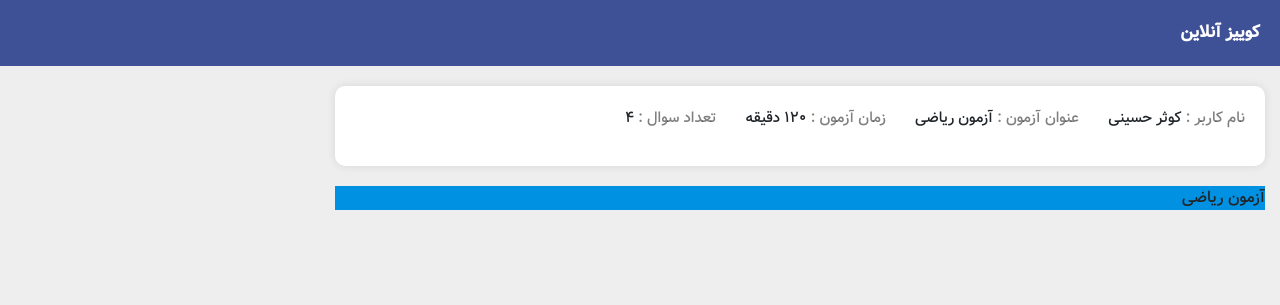
Repository: kosar78/quiz-online
Page: quiz.html
An editor plug-in stored every save of this project. The page is shown before and after the next save, followed by the edit.
The browser window is 1280 px wide. The pictures show the whole page.
Some web libraries are served in a nearby version.

Above is the page before, as saved 2022-01-09 21:09:42.

### quiz.html
<!DOCTYPE html>
<html lang="en">
<head>
    <meta charset="UTF-8">
    <meta name="viewport" content="width=device-width, initial-scale=1.0">
    <link rel="stylesheet" href="css/quiz.css">
    <link rel="stylesheet" href="bootstrap_files/css/bootstrap.min.css">
    <script type="text/javascript" src="JQuery_file/jQuery.js"></script>
    <script type="text/javascript" src="bootstrap_files/js/bootstrap.min.js"></script>
    <!-- <script type="text/javascript" src="js/signin.js"></script> -->
    <title>امتحان</title>
</head>
<body>
    <div class="container-fluid signin-container">
        <div class="row main-row">
            <div class="headerr">کوییز آنلاین</div>

            <div class="col-xl-9">
                <div class="quiz-details">
                    <ul>
                        <li>
                            <ul>
                                <li class="q-info-title">نام کاربر :</li>
                                <li>کوثر حسینی</li>
                            </ul>
                        </li>
                        <li>
                            <ul>
                                <li class="q-info-title">عنوان آزمون :</li>
                                <li>آزمون ریاضی</li>
                            </ul>
                        </li>
                        <li>
                            <ul>
                                <li class="q-info-title">زمان آزمون :</li>
                                <li>120 دقیقه</li>
                            </ul>
                        </li>
                        <li>
                            <ul>
                                <li class="q-info-title">تعداد سوال :</li>
                                <li>4</li>
                            </ul>
                        </li>
                    </ul>
                </div>
                <div class="exam-title-div">
                    <p class="exam-title">
                        آزمون ریاضی
                    </p>
                </div>
            </div>
            <div class="col-xl-3">

            </div>
        </div>
    </div>

    <script src="https://cdnjs.cloudflare.com/ajax/libs/axios/0.18.0/axios.min.js"></script>
    <!-- <script src="./connectToDB/signUp.js"></script> -->

</body>
</html>

### css/quiz.css
@font-face {
    font-family: FirstFont;
    src:url(../font/Vazir-Medium.woff2) format('woff2');
    src:url(../font/Vazir-Medium-FD-WOL.woff2) format('woff2');
  }
* {
    margin: 0;
    padding: 0;
    user-select: none;
    -moz-user-select: none;
    -khtml-user-select: none;
    -webkit-user-select: none;
    -o-user-select: none;
    text-align: right;
    text-decoration:none;
}
html body {
    direction: rtl;
    font-family:FirstFont;
    text-align: center;
    /* background: linear-gradient(260.06deg, #363671 12.33%, #3E5196 57.46%); */
    /* height: 100vh; */
    background-color: #eee;
}

ul li{
    display: inline-block;
    list-style: none;
}
.headerr{
    background-color: #3E5196;
    color: white;
    font-weight: 600;
    width: 100%;
    padding: 20px;
    font-size: 17px;
}
.quiz-details{
    background-color: #fff;
    box-shadow: 0px 0px 10px rgba(0, 0, 0, 0.1);
    border-radius: 10px;
    width: 100%;
    height: max-content;
    padding: 20px !important;
    position: relative;
    margin: 20px 0;
}
.quiz-details ul li ul{
    margin-left: 25px;
    font-size: 15px;
}
.q-info-title{
    color: rgb(0, 0, 0,.5);
}
.exam-title-div{
    background-color:#0091E2;

}
::placeholder {
    color: rgb(0, 0, 0,.5);
    opacity: 0.95;
  }

:-ms-input-placeholder {
    color: rgb(0, 0, 0,.5);
}

::-ms-input-placeholder {
    color: rgb(0, 0, 0,.5);
}

@media(max-width:335px){
    #password,
    #username,
    #confirm-password,
    #code{
        width: 84%;
    }

}

Loaded but not shown: bootstrap_files/css/bootstrap.min.css (library); JQuery_file/jQuery.js (library); bootstrap_files/js/bootstrap.min.js (library)

After the next save:
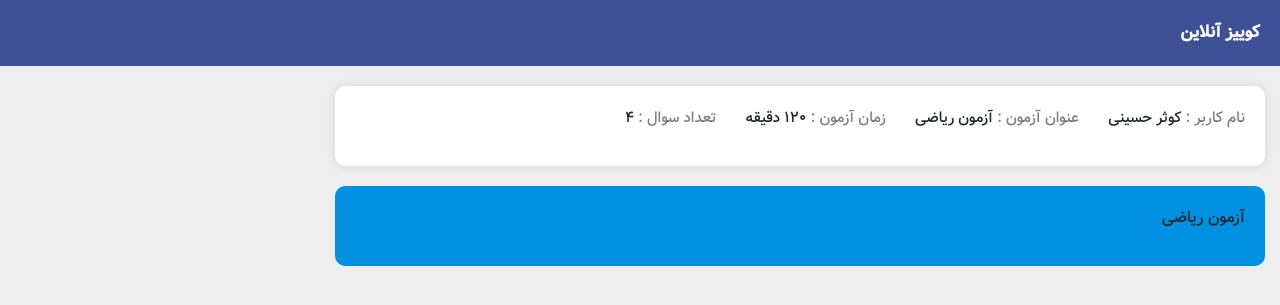
Saved 15 s later.
--- a/css/quiz.css
+++ b/css/quiz.css
@@ -54,7 +54,12 @@ ul li{
 }
 .exam-title-div{
     background-color:#0091E2;
-
+    border-radius: 10px;
+    width: 100%;
+    height: max-content;
+    padding: 20px !important;
+    position: relative;
+    margin: 20px 0;
 }
 ::placeholder {
     color: rgb(0, 0, 0,.5);
